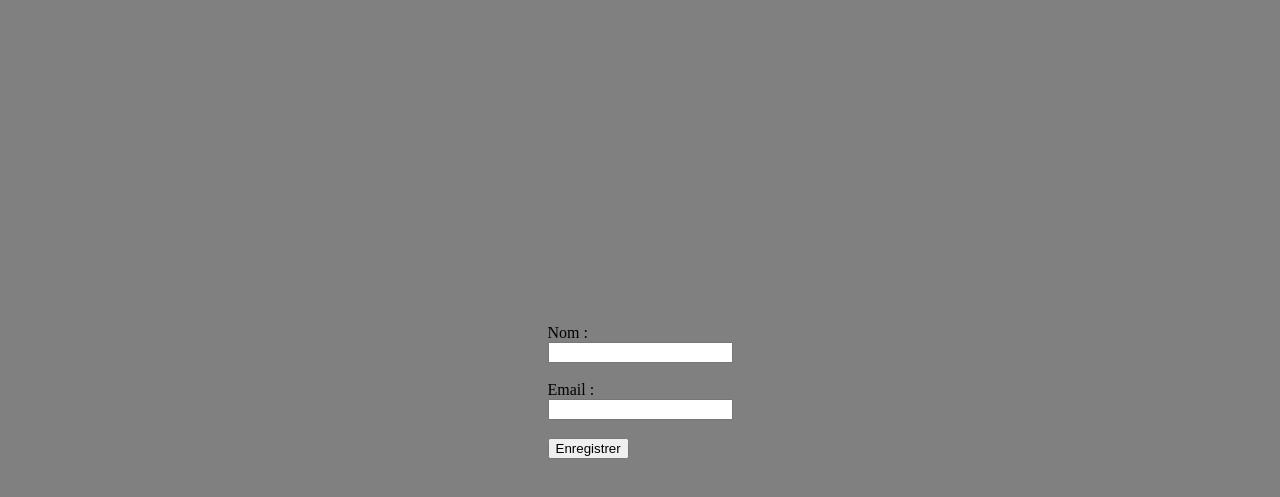
Repository: Haidara-97/TPJEE
Page: http://localhost/AppTest/
These files come from the project's save history. The page is drawn as it stood at one moment and after the next save; the edit follows.
The browser window is 1280 px wide. The pictures show the whole page.
The page is served by Tomcat 9. Other server files are loaded and not shown.

Above is the page before, as saved 2025-06-18 14:00:13.

### AppTest/src/main/webapp/index.jsp
<%@ page language="java" contentType="text/html; charset=UTF-8"
    pageEncoding="UTF-8"%>
<!DOCTYPE html>
<html>
<head>
<meta charset="UTF-8">
<title>Insert title here</title>
<style>
body{
display: flex;
background-color: gray;
align-items: center;
}
.forme{
margin :auto;
margin-top:25%;
}
</style>
</head>
<body >
<div class="forme" >
<form action="UserServlet" method="POST">
<label for=nom > Nom :</label><br>
        <input type="text" id="nom" name="nom"><br><br>
<label for=email> Email :</label> <br>
        <input type="text" id= "email" name="email"><br><br>
        <input type = "submit" id="button" value= Enregistrer>
</form>
</div>
</body>
</html>

After the next save:
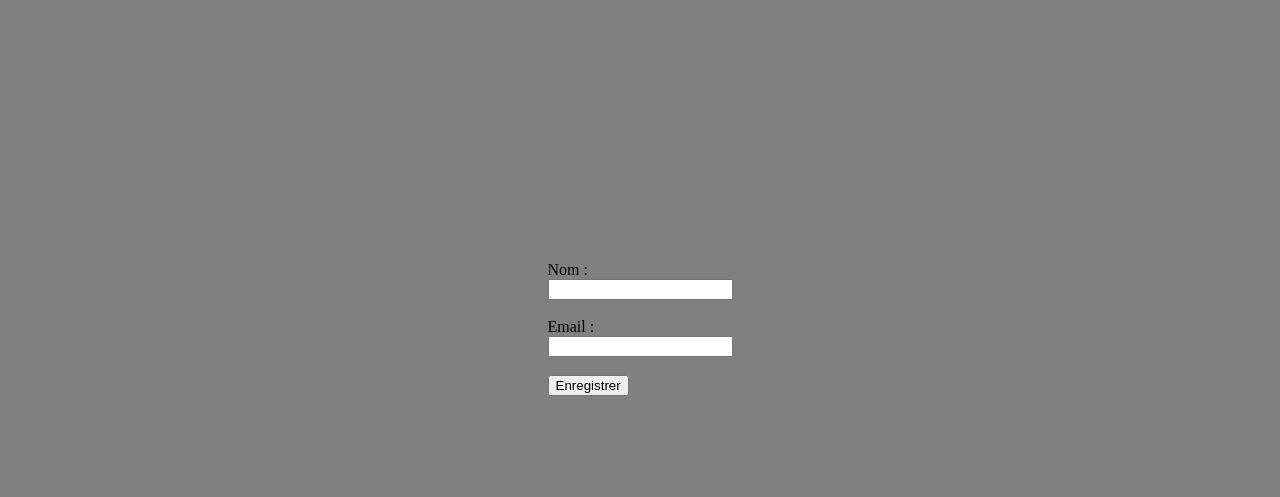
Saved 17 s later.
--- a/AppTest/src/main/webapp/index.jsp
+++ b/AppTest/src/main/webapp/index.jsp
@@ -13,7 +13,7 @@ align-items: center;
 }
 .forme{
 margin :auto;
-margin-top:25%;
+margin-top:20%;
 }
 </style>
 </head>
